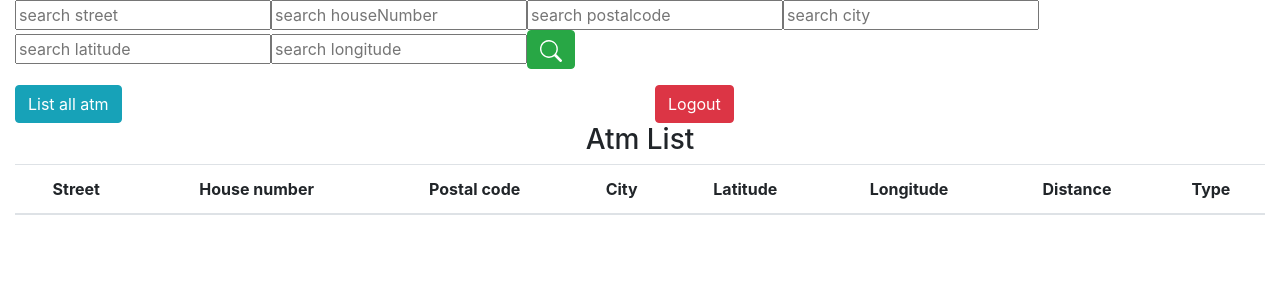
Repository: alessio-dommidommi/test-atmWeb
Page: http://localhost/listAtm
The author's editor kept a copy of each file at every save. The page is drawn from the files as they stood at one save, then again after the next save.
The browser window is 1280 px wide. The pictures show the whole page.
The page is this project's Thymeleaf template; nobody is signed in. The template is opened directly, without the code that normally fills it, so the values that code supplies are empty.

Above is the page before, as saved 2021-03-02 15:29:05.

### AtmWeb.zip_expanded/AtmWeb/src/main/resources/templates/listAtm.html
<!DOCTYPE html>
<html lang="it-it">
<head>
    <meta charset="utf-8">
    <meta name="viewport" content="width=device-width, initial-scale=1">
    <link rel="stylesheet" href="https://cdn.jsdelivr.net/npm/bootstrap@4.5.3/dist/css/bootstrap.min.css" integrity="sha384-TX8t27EcRE3e/ihU7zmQxVncDAy5uIKz4rEkgIXeMed4M0jlfIDPvg6uqKI2xXr2" crossorigin="anonymous">
    <script src="https://code.jquery.com/jquery-3.5.1.slim.min.js" integrity="sha384-DfXdz2htPH0lsSSs5nCTpuj/zy4C+OGpamoFVy38MVBnE+IbbVYUew+OrCXaRkfj" crossorigin="anonymous"></script>
    <script src="https://cdn.jsdelivr.net/npm/bootstrap@4.5.3/dist/js/bootstrap.bundle.min.js" integrity="sha384-ho+j7jyWK8fNQe+A12Hb8AhRq26LrZ/JpcUGGOn+Y7RsweNrtN/tE3MoK7ZeZDyx" crossorigin="anonymous"></script>



</head>
<body>


<div class="container-fluid">
  <div class="row">

      <div class="col-sm-12">
            <div class="text-right ">
              <form th:action="@{/searchAtm}"  th:method="post" th:object="${searchAtm}">
                <div class="form-group form-inline">
                  <input type="text" placeholder="search street" th:field="${searchAtm.address.street}" >
                  <input type="text" placeholder="search houseNumber" th:field="${searchAtm.address.housenumber}">
                  <input type="text" placeholder="search postalcode" th:field="${searchAtm.address.postalcode}" >
                  <input type="text" placeholder="search city" th:field="${searchAtm.address.city}" >
                  <input type="text" placeholder="search latitude" th:field="${searchAtm.address.geoLocation.lat}" >
                  <input type="text" placeholder="search longitude" th:field="${searchAtm.address.geoLocation.lng}" >

                  <button type="submit" class="btn btn-success " >
                    <svg xmlns="http://www.w3.org/2000/svg" width="22" height="22" fill="currentColor" class="bi bi-search" viewBox="0 0 16 16">
                      <path d="M11.742 10.344a6.5 6.5 0 1 0-1.397 1.398h-.001c.03.04.062.078.098.115l3.85 3.85a1 1 0 0 0 1.415-1.414l-3.85-3.85a1.007 1.007 0 0 0-.115-.1zM12 6.5a5.5 5.5 0 1 1-11 0 5.5 5.5 0 0 1 11 0z"/>
                    </svg>
                  </button>
                </div>

              </form>
            </div>
          </div>

  </div>
  <div class="row">
    <div class="col-sm-6">
       <a th:href="@{/atms}" class="btn btn-info" role="button">List all atm </a>
    </div>
    <div class="col-sm-6">
       <form th:action="@{/logout}" method="post">
		 <button type="submit" class="btn btn-danger" > Logout </button>
       </form>
    </div>
  </div>


  <div class="row">
    <div class="col-sm-12 text-center">
      <h3 >Atm List </h3>
    </div>
  </div>

  <div class="row">

              <div class="col-sm-12 text-center">
                <div class="table-responsive">
                    <table class="table table-striped">
                      <thead class="thead">
                         <tr>
                           <th scope="col">Street</th>
                           <th scope="col">House number</th>
                           <th scope="col">Postal code</th>
                           <th scope="col">City</th>
                           <th scope="col">Latitude</th>
                           <th scope="col">Longitude </th>
                           <th scope="col">Distance </th>
                           <th scope="col">Type </th>
                         </tr>
                       </thead>
                       <tbody>
                         <tr th:each="atm : ${listAtm}">

                           <td th:text="${atm.address.street}">  </td>
                           <td th:text="${atm.address.housenumber}">  </td>
                           <td th:text="${atm.address.postalcode}">  </td>
                           <td th:text="${atm.address.city}">  </td>
                           <td th:text="${atm.address.geoLocation.lat}">  </td>
                           <td th:text="${atm.address.geoLocation.lng}">  </td>
                           <td th:text="${atm.distance}">  </td>
                           <td th:text="${atm.type}">  </td>

                         </tr>
                      </tbody>
                    </table>
                </div>
              </div>

        </div>

</div>





</body>
</html>

After the next save:
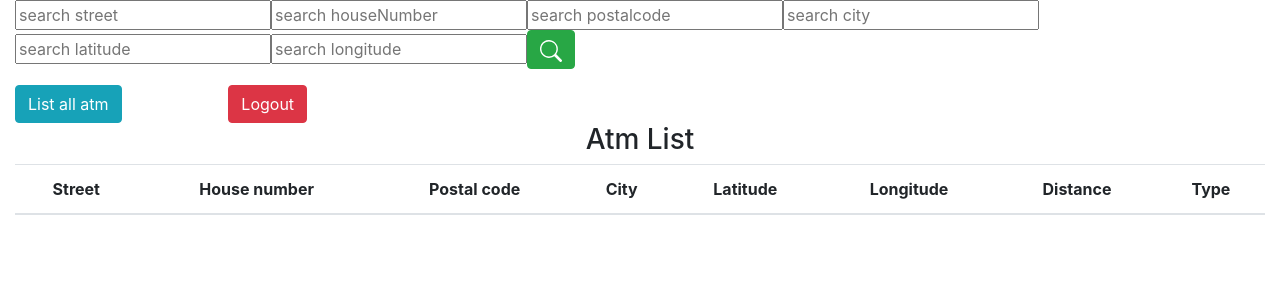
Saved 37 s later.
--- a/AtmWeb.zip_expanded/AtmWeb/src/main/resources/templates/listAtm.html
+++ b/AtmWeb.zip_expanded/AtmWeb/src/main/resources/templates/listAtm.html
@@ -40,10 +40,10 @@
 
   </div>
   <div class="row">
-    <div class="col-sm-6">
+    <div class="col-sm-2">
        <a th:href="@{/atms}" class="btn btn-info" role="button">List all atm </a>
     </div>
-    <div class="col-sm-6">
+    <div class="col-sm-2">
        <form th:action="@{/logout}" method="post">
 		 <button type="submit" class="btn btn-danger" > Logout </button>
        </form>
